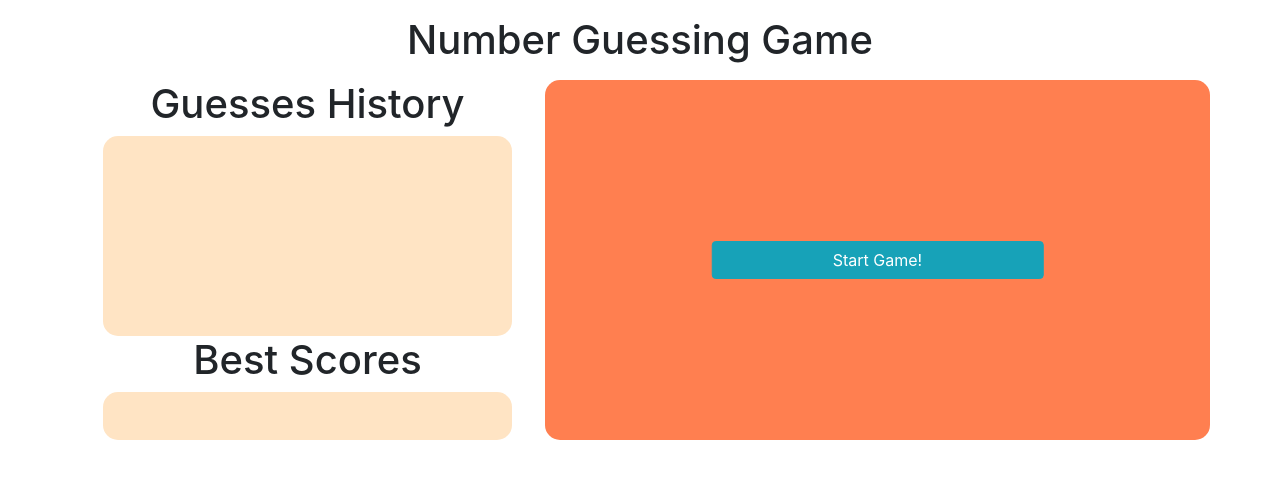
Repository: tts2610/NumberGuessingGame
Page: index.html
An editor plug-in stored every save of this project. The page is shown before and after the next save, followed by the edit.
The browser window is 1280 px wide. The pictures show the whole page.

Above is the page before, as saved 2020-05-13 18:10:16.

### index.html
<!DOCTYPE html>
<html lang="en">

<head>
    <meta charset="UTF-8">
    <meta name="viewport" content="width=device-width, initial-scale=1.0">
    <title>Document</title>
    <link rel="stylesheet" href="https://maxcdn.bootstrapcdn.com/bootstrap/4.4.1/css/bootstrap.min.css">

    <!-- jQuery library -->
    <script src="https://ajax.googleapis.com/ajax/libs/jquery/3.4.1/jquery.min.js"></script>

    <!-- Popper JS -->
    <script src="https://cdnjs.cloudflare.com/ajax/libs/popper.js/1.16.0/umd/popper.min.js"></script>

    <!-- Latest compiled JavaScript -->
    <script src="https://maxcdn.bootstrapcdn.com/bootstrap/4.4.1/js/bootstrap.min.js"></script>
    <link rel="stylesheet" href="css/style.css">

</head>

<body>

    <section class="container pb-5 pt-3 numberGuessingBox">
        <div id="customAlert"></div>
        <h1 style="text-align: center;" class="mb-3">Number Guessing Game</h1>
        <div class="row">
            <div class="col-5 left_handSide px-5">
                <h1 style="text-align: center;">Guesses History</h1>
                <div class="row box-1 py-4 px-4" id="guessHistory">

                </div>
                <h1 style="text-align: center;">Best Scores</h1>
                <div class="row box-2 py-4 px-4" id="ranking">

                </div>
            </div>
            <div class="col-7 right_handSide px-5">
                <button onclick="startGame()" class="btn btn-info" id="startGameBtn">Start Game!</button>

                <div id="inputDiv">
                    <div class="form customForm py-5">
                        <input type="number" class="form-control" id="guessInput" placeholder="Enter your guess here:" autofocus="autofocus" required>
                        <div class="submitBtn">
                            <button type="button" class="btn btn-primary mt-4" onclick="guessSubmit()" id="guessBtn">Guess</button>
                            <button type="button" class="btn btn-danger mt-4" onclick="reset()" id=resetBtn>Reset</button>
                        </div>
                    </div>
                    <div class="result">
                        <div>Guess Remaining:
                            <span id="guessRemaining"></span>
                        </div>
                        <div>Time Remaining:
                            <span id="secondRemaining"></span>s</div>
                    </div>
                </div>


            </div>
        </div>
    </section>

    <script src="js/script.js"></script>
</body>

</html>

### css/style.css
.numberGuessingBox .row .left_handSide .box-1 {
    background-color: bisque;
    height: 200px;
    border-radius: 15px;
    display: flex;
    flex-direction: column;
}

.numberGuessingBox .row .left_handSide .box-2 {
    background-color: bisque;
    height: auto;
    border-radius: 15px;
    display: flex;
    flex-direction: column;
}

.numberGuessingBox .row .right_handSide {
    background-color: coral;
    border-radius: 15px;
    width: auto;
}

.numberGuessingBox .row .right_handSide .customForm {
    width: 50%;
    position: absolute;
    top: 30%;
    left: 50%;
    transform: translate(-50%, -50%);
}

.numberGuessingBox .row .right_handSide .result {
    width: 50%;
    position: absolute;
    top: 65%;
    left: 50%;
    transform: translate(-50%, -50%);
    font-size: xx-large;
    text-align: center;
}

.numberGuessingBox .row .right_handSide .customForm .submitBtn {
    display: flex;
    justify-content: space-around;
}

#inputDiv {
    display: none;
}

#startGameBtn {
    width: 50%;
    position: absolute;
    top: 50%;
    left: 50%;
    transform: translate(-50%, -50%);
}

#ranking {
    display: flex;
    flex-direction: inherit;
}

### js/script.js
let div = document.getElementById("inputDiv");
let startGameBtn = document.getElementById("startGameBtn");

let historyBox = [];
let bestScores = [];
let guess = 5;
let second = 30;
let randomNumber = Math.floor(Math.random() * 100) + 1;
let timer;

let input = document.getElementById("guessInput");

let guessHistory = document.getElementById("guessHistory");
let ranking = document.getElementById("ranking");

let secondRemaining = document.getElementById("secondRemaining");
let guessRemaining = document.getElementById("guessRemaining");
let finalResult = document.getElementById("finalResult");

let guessBtn = document.getElementById("guessBtn");
let resetBtn = document.getElementById("resetBtn");

let alertTag = document.getElementById("customAlert");

$(document).keypress(function(e) {
    if (e.which == 13) {
        $("#guessBtn").click();
    }
});

$(document).ready(function() {
    div.style.display = "none";
    input.disabled = true;
    guessBtn.disabled = true;
    resetBtn.disabled = true;
});

function startGame() {
    secondRemaining.innerHTML = second;
    timecounting();
    guessRemaining.textContent = guess;
    displayDiv();
    enableOrDisableBtn();
    $(".alert").alert('close')
    alert("Random number revealed(for testing lol): " + randomNumber);
}


function displayDiv() {
    if (div.style.display === "block" && startGameBtn.style.display === "none") {
        div.style.display = "none";
        startGameBtn.style.display = "block";
    } else {
        div.style.display = "block";
        startGameBtn.style.display = "none";
    }

}

function resetToDefault() {
    clearInterval(timer);
    guess = 5;
    second = 30;
    historyBox = [];
    guessHistory.innerHTML = "";
    randomNumber = Math.floor(Math.random() * 100) + 1;
}

function timecounting() {
    timer = setInterval(() => {
        if (second == 0) {
            clearInterval(timer);
            createAlert(4);
            resetToDefault();
            enableOrDisableBtn();
            displayDiv();
            return;
        }
        second -= 1;
        secondRemaining.innerHTML = second;
    }, 1000)

}


let prompts = { 1: "Too Low!", 2: "Too High!", 3: "You already input that number!", 4: "Sorry, better luck next time!", 5: "Great Job!", 6: "Please input your number!" }


function getResult() {
    let result = 0;
    if (historyBox.includes(input.value)) {
        result = 3;
    } else {
        historyBox.push(input.value);
        if (input.value == randomNumber) {
            bestScores.push({ guessRemain: guess, timeRemain: second });
            return 5;
        } else if (input.value < randomNumber) {
            result = 1;
        } else if (input.value > randomNumber) {
            result = 2;
        }
        guessRemaining.textContent = --guess;
        if (guess == 0) {
            result = 4;
        }
    }
    return result;
}

function guessSubmit() {
    if (input.value == '') {
        createAlert(6);
        return;
    }
    let result = getResult();
    createAlert(result);
    if ([4, 5].includes(result)) {
        resetToDefault();
        enableOrDisableBtn();
        displayDiv();
    }


    bestScores.sort((a, b) => (a.guessRemain > b.guessRemain) ? -1 : 1);
    guessHistory.innerHTML = "";
    historyBox.forEach(element => {
        var p = document.createElement("p");
        p.innerHTML = element;
        guessHistory.append(p);
    });

    if (result == 5) {
        ranking.innerHTML = "";
        bestScores.forEach((element, i) => {
            var p = document.createElement("div");
            p.className = "mt-3";
            var img = document.createElement("img")
            img.src = "img/" + ++i + ".png";
            img.width = 64;
            img.height = 64;

            var textnode = document.createTextNode("Sean made " + --element.guessRemain + " guesses in " + element.timeRemain + "s!"); // Create a text node



            p.appendChild(img);
            p.appendChild(textnode);
            var hr = document.createElement("hr");
            ranking.append(p);
            ranking.append(hr);
        });
    }

    // clear after insert
    input.value = "";

}

function enableOrDisableBtn() {
    if (!input.disabled && !guessBtn.disabled && !resetBtn.disabled) {
        input.disabled = true;
        guessBtn.disabled = true;
        resetBtn.disabled = true;
    } else {
        input.disabled = false;
        guessBtn.disabled = false;
        resetBtn.disabled = false;
    }

}



function createAlert(alertType) {

    let alertColor = [1, 2, 3, 4, 6].includes(alertType) ? "alert-danger" : "alert-success";
    let text = prompts[alertType];

    text += [4, 5].includes(alertType) ? " The random number is: " + randomNumber : "";

    // alert(alertColor);

    let alertDiv = document.createElement("div");
    alertDiv.className = "alert " + alertColor + " alert-dismissible fade show";
    var textnode = document.createTextNode(text);
    alertDiv.appendChild(textnode);

    let button = document.createElement("button");
    button.type = "button"
    button.className = "close";
    button.setAttribute("data-dismiss", "alert");


    let span = document.createElement("span");
    span.innerHTML = "&times;";
    span.setAttribute("aria-hidden", "true");
    button.appendChild(span);

    alertDiv.appendChild(button);

    alertTag.innerHTML = "";
    alertTag.appendChild(alertDiv);
}

function reset() {

}

After the next save:
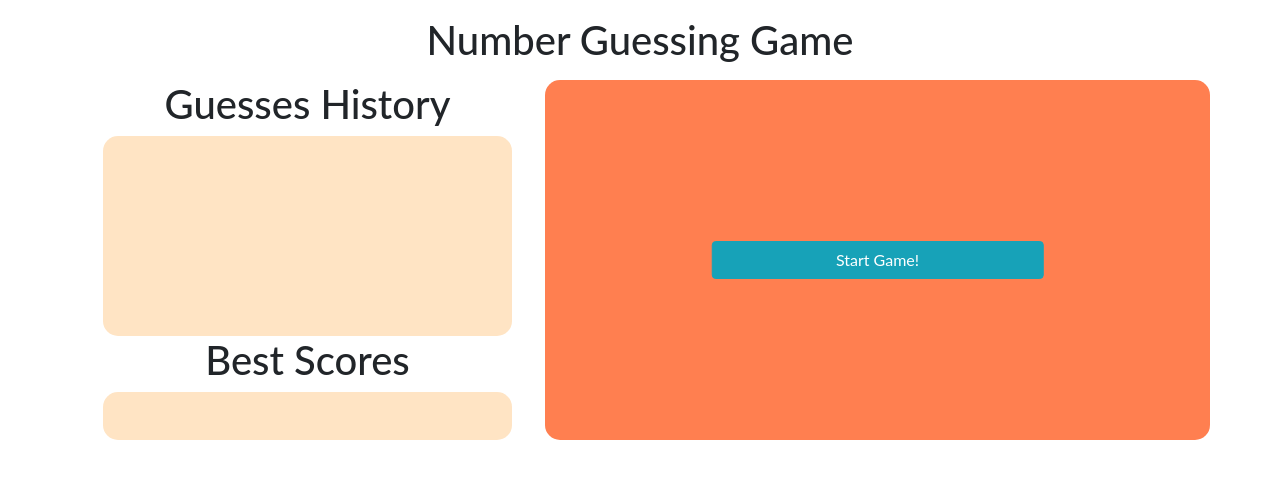
Saved 72 min 6 s later.
--- a/css/style.css
+++ b/css/style.css
@@ -1,3 +1,7 @@
+body {
+    font-family: 'Lato';
+}
+
 .numberGuessingBox .row .left_handSide .box-1 {
     background-color: bisque;
     height: 200px;
